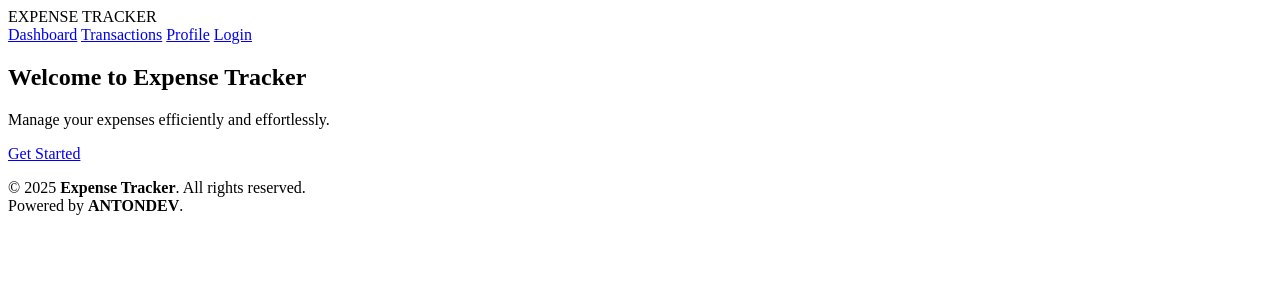
Repository: An-tonDev/expense-tracker
Page: public/html/index.html
The author's editor kept a copy of each file at every save. The page is drawn from the files as they stood at one save, then again after the next save.
The browser window is 1280 px wide. The pictures show the whole page.

Above is the page before, as saved 2025-06-27 10:11:08.

After the next save:
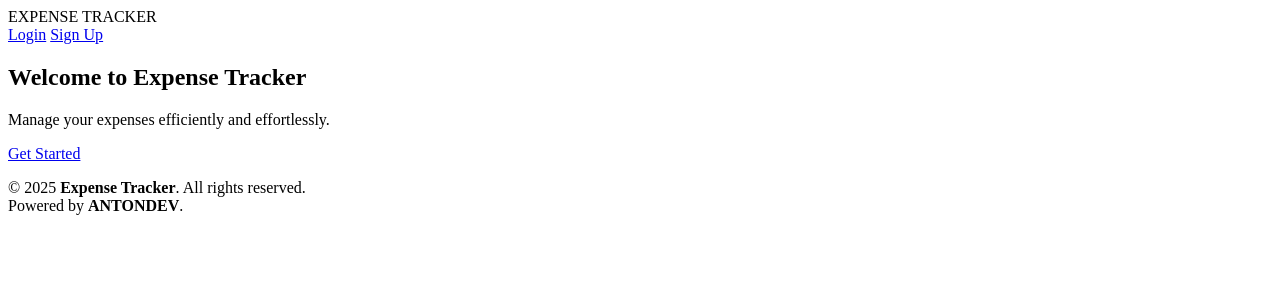
Saved 9 min 21 s later.
--- a/public/html/index.html
+++ b/public/html/index.html
@@ -12,10 +12,8 @@
   <header class="landing-nav">
     <div class="logo">EXPENSE TRACKER</div>
     <nav class="nav-links">
-      <a href="/dashboard.html">Dashboard</a>
-      <a href="/transactions.html">Transactions</a>
-      <a href="/profile.html">Profile</a>
       <a href="/login.html">Login</a>
+      <a href="/register.html">Sign Up</a>
     </nav>
   </header>
 
